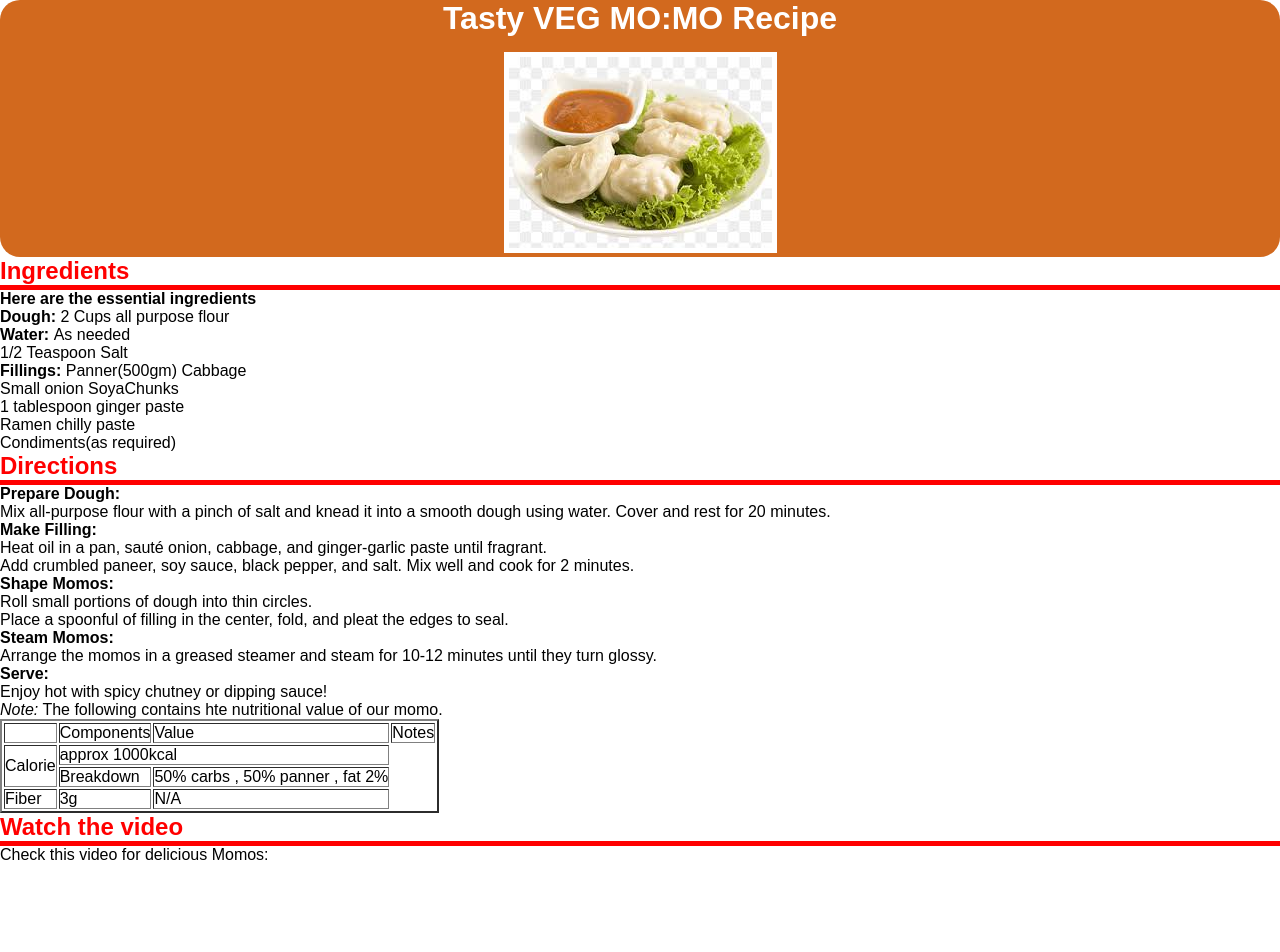
Repository: GigaByte6610/recipe
Page: index.html
These files come from the project's save history. The page is drawn as it stood at one moment and after the next save; the edit follows.
The browser window is 1280 px wide. The pictures show the part of the page from y = 0 to 952 px (the page is 1219 px tall).
Pictures or frames that could not be fetched are drawn as grey boxes.

Above is the page before, as saved 2025-02-05 04:21:00.

### index.html
<!DOCTYPE html>
<html lang="en">

<head>
    <meta charset="UTF-8" />
    <meta name="viewport" content="width=device-width, initial-scale=1.0" />
    <title>My Recipe [Veg Momo]</title>
    <link rel="stylesheet" href="style.css">
</head>

<body>
    <header>
        <h1 align="center">Tasty VEG MO:MO Recipe</h1>
        <img src="momo.jpeg" alt="" />
    </header>

    <section>
        <h2>Ingredients</h2>
        <p>
            <strong> Here are the essential ingredients</strong>
        </p>
        <ul>
            <li><strong>Dough: </strong> 2 Cups all purpose flour</li>
            <li><strong>Water: </strong> As needed</li>
            <li>1/2 Teaspoon Salt</li>
            <li><strong>Fillings: </strong> Panner(500gm) Cabbage</li>
            <li>Small onion SoyaChunks</li>
            <li>1 tablespoon ginger paste</li>
            <li>Ramen chilly paste</li>
            <li>Condiments(as required)</li>
        </ul>
    </section>
    <section>
        <h2><strong>Directions</strong></h2>
        <ol>
            <li><strong>Prepare Dough: </strong><br>Mix all-purpose flour with a pinch of salt and knead it into a smooth dough using water. Cover and rest for 20 minutes.</li>
            <li><strong>Make Filling:</strong><br>Heat oil in a pan, sauté onion, cabbage, and ginger-garlic paste until fragrant. <br>Add crumbled paneer, soy sauce, black pepper, and salt. Mix well and cook for 2 minutes.</li>
            <li><strong>Shape Momos:</strong> <br>Roll small portions of dough into thin circles. <br>Place a spoonful of filling in the center, fold, and pleat the edges to seal.</li>
            <li><strong>Steam Momos:</strong> <br>Arrange the momos in a greased steamer and steam for 10-12 minutes until they turn glossy.</li>
            <li><strong>Serve:</strong> <br>Enjoy hot with spicy chutney or dipping sauce!</li>
        </ol>
    </section>
    <section>
        <p>
            <em>Note:</em> The following contains hte nutritional value of our momo.
        </p>
        <table border="2">
            <thead>
                <th>
                    <td>Components</td>
                    <td>Value</td>
                    <td>Notes</td>
                </th>
            </thead>
            <tbody>
                <tr>
                    <td rowspan="2"> Calorie</td>
                    <td colspan="2">approx 1000kcal</td>
                </tr>
                <tr>
                    <td>Breakdown</td>
                    <td>50% carbs , 50% panner , fat 2%</td>
                </tr>
                <tr>
                    <td>Fiber</td>
                    <td>3g</td>
                    <td>N/A</td>
                </tr>
            </tbody>
        </table>
    </section>
    <section>
        <h2> Watch the video</h2>
        <p>Check this video for delicious Momos: </p>
        <iframe width="560" height="315" src="https://www.youtube.com/embed/71GR1xRQzgQ?si=tbq05XnBHcNN-7Ji" title="YouTube video player" frameborder="0" allow="accelerometer; autoplay; clipboard-write; encrypted-media; gyroscope; picture-in-picture; web-share"
            referrerpolicy="strict-origin-when-cross-origin" allowfullscreen></iframe>
    </section>
    <footer>
        <p><strong>FOR MORE RECIPE CONTACT BL4zY AFTER PLAYING Marvel Rivals as Jeff the land shark.</strong></p>
    </footer>

</html>
www.youtube.com

### style.css
* {
    box-sizing: border-box;
    margin: 0px;
    padding: 0;
}

body {
    font-family: Arial, Helvetica, sans-serif;
}

header {
    background-color: chocolate;
    border: 200px;
    text-align: center;
    border-radius: 20px;
}

header h1 {
    color: white;
    margin-bottom: 15px;
    text-align: center;
}

header img {
    border: 5px solid white;
}

section h2 {
    color: red;
    border-bottom: 5px solid;
}

After the next save:
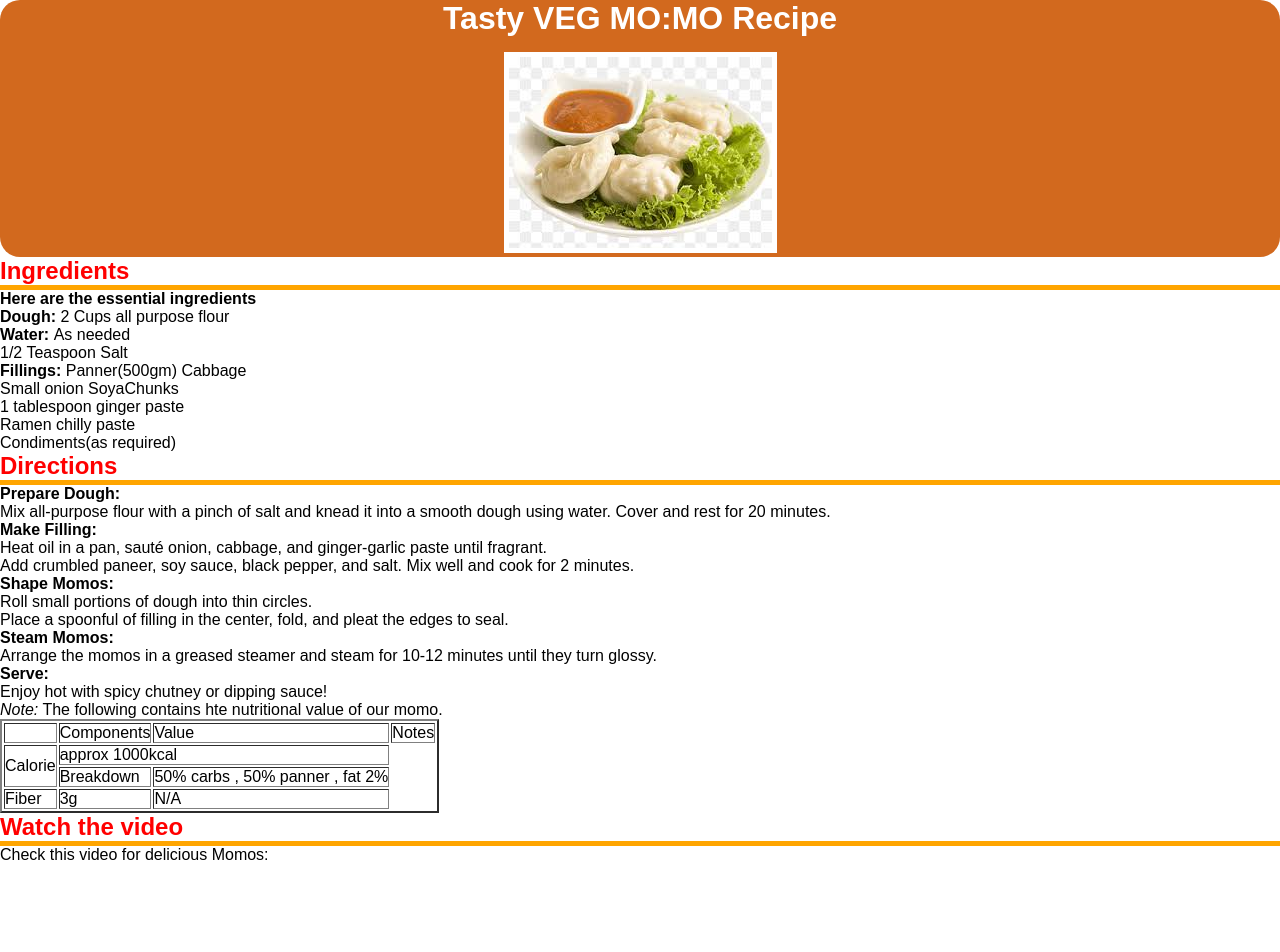
Saved 20 s later.
--- a/style.css
+++ b/style.css
@@ -27,5 +27,5 @@ header img {
 
 section h2 {
     color: red;
-    border-bottom: 5px solid;
+    border-bottom: 5px solid orange;
 }
